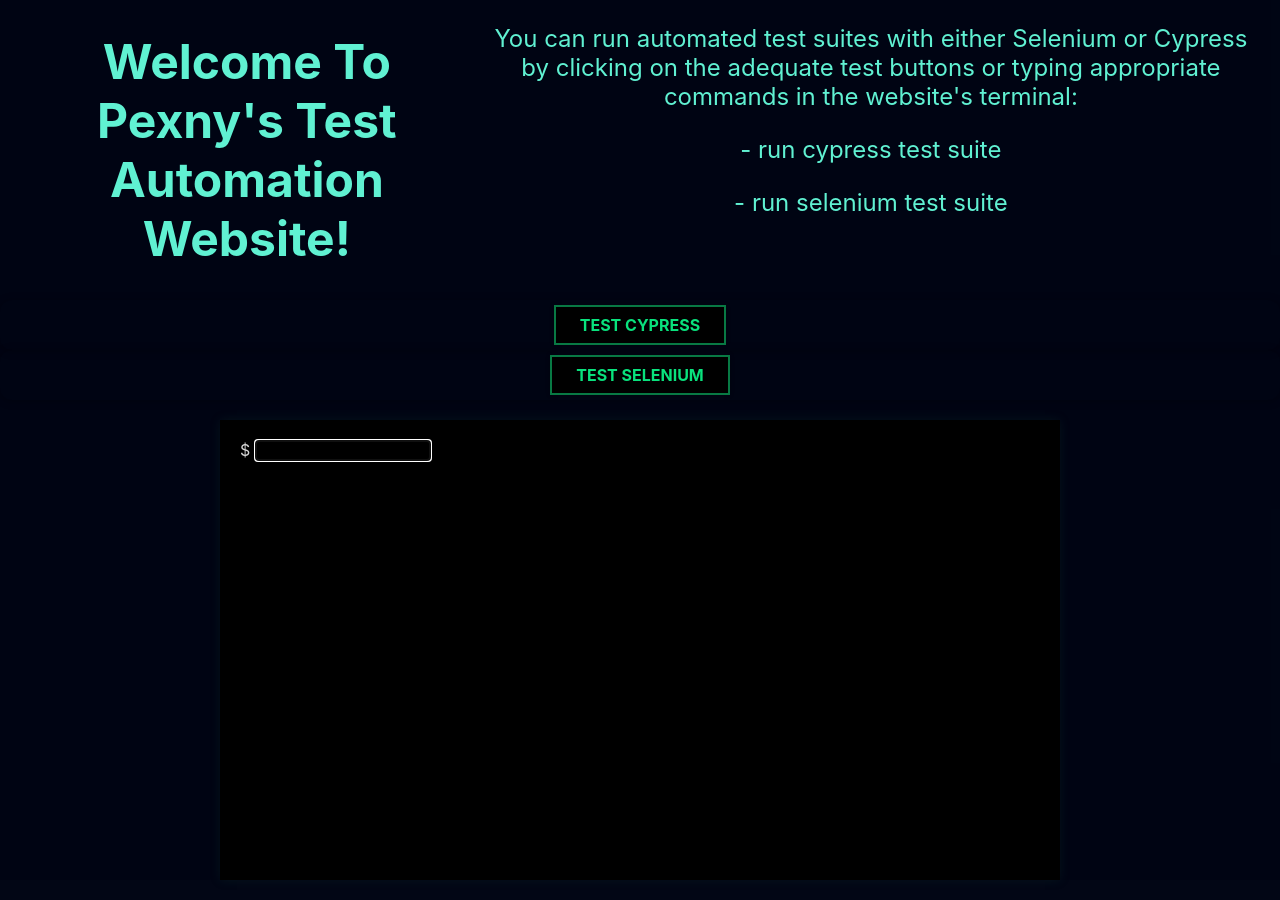
Repository: p3xny/Test-Automation-Website
Page: / (app in client/)
These files come from the project's save history. The page is drawn as it stood at one moment and after the next save; the edit follows.
The browser window is 1280 px wide. The pictures show the whole page.
The project was rebuilt for these pictures with package versions that can differ from the ones it lists, and the page was loaded fresh each time. Also part of the build but not shown: client/src/components/UI/TestMenu.js.

Above is the page before, as saved 2023-08-23 23:14:07.

### client/src/index.css
body {
  margin: 0;
  font-family: -apple-system, BlinkMacSystemFont, "Segoe UI", "Roboto", "Oxygen",
    "Ubuntu", "Cantarell", "Fira Sans", "Droid Sans", "Helvetica Neue",
    sans-serif;
  -webkit-font-smoothing: antialiased;
  -moz-osx-font-smoothing: grayscale;
  background-color: rgba(0, 5, 20, 0.993);
}

code {
  font-family: source-code-pro, Menlo, Monaco, Consolas, "Courier New",
    monospace;
}

### client/src/App.js
import React from "react";

import "./App.css";

import WelcomeMessage from "./components/UI/WelcomeMessage";
import Tests from "./components/Tests";
import Terminal from "./components/Terminal/Terminal";

function App() {
  return (
    <div className="App">
      <header className="App-header">
        <WelcomeMessage />
      </header>
      <Tests testTool="cypress" buttonId="cypress-menu" />
      <Tests testTool="selenium" buttonId="selenium-menu" />
      <Terminal />
    </div>
  );
}

export default App;

### client/src/App.css
.App {
  text-align: center;
  background: rgba(0, 5, 20, 0.993);
}

.App-logo {
  height: 40vmin;
  pointer-events: none;
}

@media (prefers-reduced-motion: no-preference) {
  .App-logo {
    animation: App-logo-spin infinite 20s linear;
  }
}

.App-header {
  /* background-color: rgba(0, 5, 20, 0.993); */
  /* min-height: 100vh; */
  /* display: flex; */
  /* flex-direction: column; */
  /* align-items: center; */
  /* justify-content: center; */
  font-size: calc(10px + 2vmin);
  color: white;
}

.App-link {
  color: #61dafb;
}

@keyframes App-logo-spin {
  from {
    transform: rotate(0deg);
  }
  to {
    transform: rotate(360deg);
  }
}

### client/src/components/UI/WelcomeMessage.js
import React from "react";

import styles from "./WelcomeMessage.module.css";

const WelcomeMessage = (props) => {
  return (
    <div className={styles.WelcomeMessage}>
      <h1>Welcome To Pexny's Test Automation Website!</h1>
      <p>
        You can run automated test suites with either Selenium or Cypress by
        clicking on the adequate test buttons or typing appropriate commands in
        the website's terminal:
        <p>- run cypress test suite</p>
        <p>- run selenium test suite</p>
      </p>
    </div>
  );
};

export default WelcomeMessage;

// const describeOriginal = require("mocha").describe;

// require("mocha").describe = (describeTitle) => {
//   TestListener.watch(describeTitle);
//   describeOriginal(describeTitle);
// };

### client/src/components/Tests.js
import React, { useState, useEffect } from "react";

import styles from "./UI/Button.module.css";

import TestMenu from "./UI/TestMenu";
import Button from "./UI/Button";
import Card from "./UI/Card";

const testCases = [
  {
    cypress: [
      { id: 1, name: "Cypress Full Test", command: "" },
      { id: 2, name: "Cypress Buttons Test", command: "" },
      { id: 3, name: "Cypress Terminal Test", command: "" },
    ],
    selenium: [
      { id: 1, name: "Selenium Full Test", command: "pytest -v" },
      {
        id: 2,
        name: "Selenium Buttons Test",
        command: "pytest -v test_client_buttons.py",
      },
      {
        id: 3,
        name: "Selenium Terminal Test",
        command: "pytest -v test_client_terminal.py",
      },
    ],
  },
];

const Tests = (props) => {
  const [isActive, setIsActive] = useState(false);

  const makeActiveHandler = (event) => {
    setIsActive(true);
    console.log("Activated!");
  };

  const makeInactiveHandler = (event) => {
    setIsActive(false);
  };

  const filterButtons = testCases.find((test) =>
    test.hasOwnProperty(props.testTool)
  );

  return (
    <div>
      {!isActive && (
        <Card>
          <Button
            name={`TEST ${props.testTool.toUpperCase()}`}
            id={`test-button-${props.buttonId}`}
            testFamily={props.testTool}
            onActivate={makeActiveHandler}
          />
        </Card>
      )}
      {isActive && (
        <Card>
          <TestMenu tests={filterButtons[props.testTool]} testTool="cypress" />
          <button
            className={styles.button}
            id={"back-button"}
            onClick={makeInactiveHandler}
          >
            BACK
          </button>
        </Card>
      )}
    </div>
  );
};

export default Tests;

### client/src/components/Terminal/Terminal.js
import React, { useState } from "react";

import styles from "./Terminal.module.css";

import Card from "../UI/Card";

const Terminal = (props) => {
  const [terminalInput, setTerminalInput] = useState("");
  const [terminalOutput, setTerminalOutput] = useState([]);

  const terminalInputHandler = (event) => {
    setTerminalInput(event.target.value);
    console.log(event.target.value);
  };

  const submitHandler = (event) => {
    event.preventDefault();
    writeToTerminal(`$ ${terminalInput}\n`);
    processCommand(terminalInput);
    setTerminalInput("");
  };

  const writeToTerminal = (message) => {
    setTerminalOutput((prevOutput) => [...prevOutput, message]);
  };

  const processCommand = async (command) => {
    try {
      const response = await fetch("http://localhost:5000/run_tests", {
        method: "POST",
        headers: {
          "Content-Type": "application/json",
        },
        body: JSON.stringify({ command }),
      });

      if (command === "clear" || command === "cls") {
        setTerminalOutput([]);
        return;
      }

      const data = await response.json();

      if (data.success) {
        writeToTerminal(data.output);
      } else {
        writeToTerminal(`Error: ${data.error}\n`);
      }
    } catch (error) {
      writeToTerminal(`Error: ${error}\n`);
    }
  };

  const highlightWords = (message) => {
    const greenWords = [
      "success",
      "Success",
      "SUCCESS",
      "passed",
      "Passed",
      "PASSED",
    ];
    const redWords = [
      // "error",
      // "Error",
      // "ERROR",
      "failed",
      "Failed",
      "FAILED",
      "FAILURES",
    ];
    const parts = message.split(
      new RegExp(`(${greenWords.concat(redWords).join("|")})`, "g")
    );

    return parts.map((part, index) => {
      if (greenWords.includes(part.toLowerCase())) {
        return (
          <span className={styles["highlighted-green"]} key={index}>
            {part}
          </span>
        );
      } else if (redWords.includes(part.toLowerCase())) {
        return (
          <span className={styles["highlighted-red"]} key={index}>
            {part}
          </span>
        );
      }
      return part;
    });
  };

  return (
    <div className={styles.terminal}>
      <div id="output">
        {terminalOutput.map((message, index) => (
          <pre key={index} className={styles.outputContent}>
            {highlightWords(message)}
          </pre>
        ))}
      </div>
      <form id="input-form" onSubmit={submitHandler}>
        <span>$</span>
        <input
          className={styles.input}
          type="text"
          id="command-input"
          value={terminalInput}
          onChange={terminalInputHandler}
          autoFocus
        />
      </form>
    </div>
  );
};

export default Terminal;

### client/src/components/UI/WelcomeMessage.module.css
.WelcomeMessage {
  color: rgb(96, 241, 210);
  font-size: 1.5rem;
  /* font-weight: bold; */
  text-align: center;
  margin-left: 1rem;
  margin-right: 1rem;
  margin-top: auto;
  margin-bottom: auto;
  display: flex;
}

### client/src/components/UI/Button.module.css
.button {
  width: 100%;
  font: inherit;
  font-weight: bold;
  padding: 0.5rem 1.5rem;
  border: 2px solid rgb(8, 121, 68);
  color: rgb(9, 226, 125);
  background: black;
  box-shadow: 0 0 4px rgba(0, 0, 0, 0.26);
  cursor: pointer;
  margin: 5px;
}

.button:focus {
  outline: none;
}

.button:hover,
.button:active {
  background: rgb(8, 121, 68);
  border-color: rgb(9, 226, 125);
  color: black;
  box-shadow: 0 0 8px rgba(0, 0, 0, 0.26);
}

@media (min-width: 768px) {
  .button {
    width: auto;
  }
}

### client/src/components/UI/Button.js
import styles from "./Button.module.css";

const Button = (props) => {
  return (
    <button id={props.id} className={styles.button} onClick={props.onActivate}>
      {props.name}
    </button>
  );
};

export default Button;

### client/src/components/UI/Card.js
import styles from "./Card.module.css";

const Card = (props) => {
  const classes = styles.card + " " + props.className;
  return <div className={classes}>{props.children}</div>;
};

export default Card;

### client/src/components/Terminal/Terminal.module.css
.terminal {
  margin-top: 20px;
  margin-bottom: 20px;
  margin-left: auto;
  margin-right: auto;

  /* border: 1px solid rgb(8, 121, 68); */
  padding: 20px;
  width: 80%;
  max-width: 800px;
  min-height: 420px;
  max-height: 420px;
  background-color: black;
  overflow-y: auto;
  overflow-x: auto;
  box-shadow: 0 0 10px rgba(23, 78, 62, 0.2);
  overflow-wrap: break-word;
}

#output {
  white-space: pre-wrap;
}

.outputContent {
  text-align: left;
  font-family: monospace;
  overflow-wrap: break-word;
  color: rgba(255, 255, 255, 0.842);
}

.highlighted-green {
  font-family: monospace;
  font-weight: bold;
  color: rgb(12, 145, 12);
}

.highlighted-red {
  font-family: monospace;
  font-weight: bold;
  color: rgb(158, 2, 2);
}

.input {
  background-color: transparent;
  /* border: none; */
  color: rgba(255, 255, 255, 0.842);
  font-family: monospace;
  caret-color: rgba(255, 255, 255, 0.842);
  margin: 0 5px;
}

form {
  display: flex;
  align-items: left;
}

span {
  color: rgba(255, 255, 255, 0.842);
  font-size: 1rem;
}

Loaded but not shown: client/public/index.html (common file); client/src/index.js (common file); client/src/reportWebVitals.js (common file); client/src/components/UI/Card.module.css (common file)

After the next save:
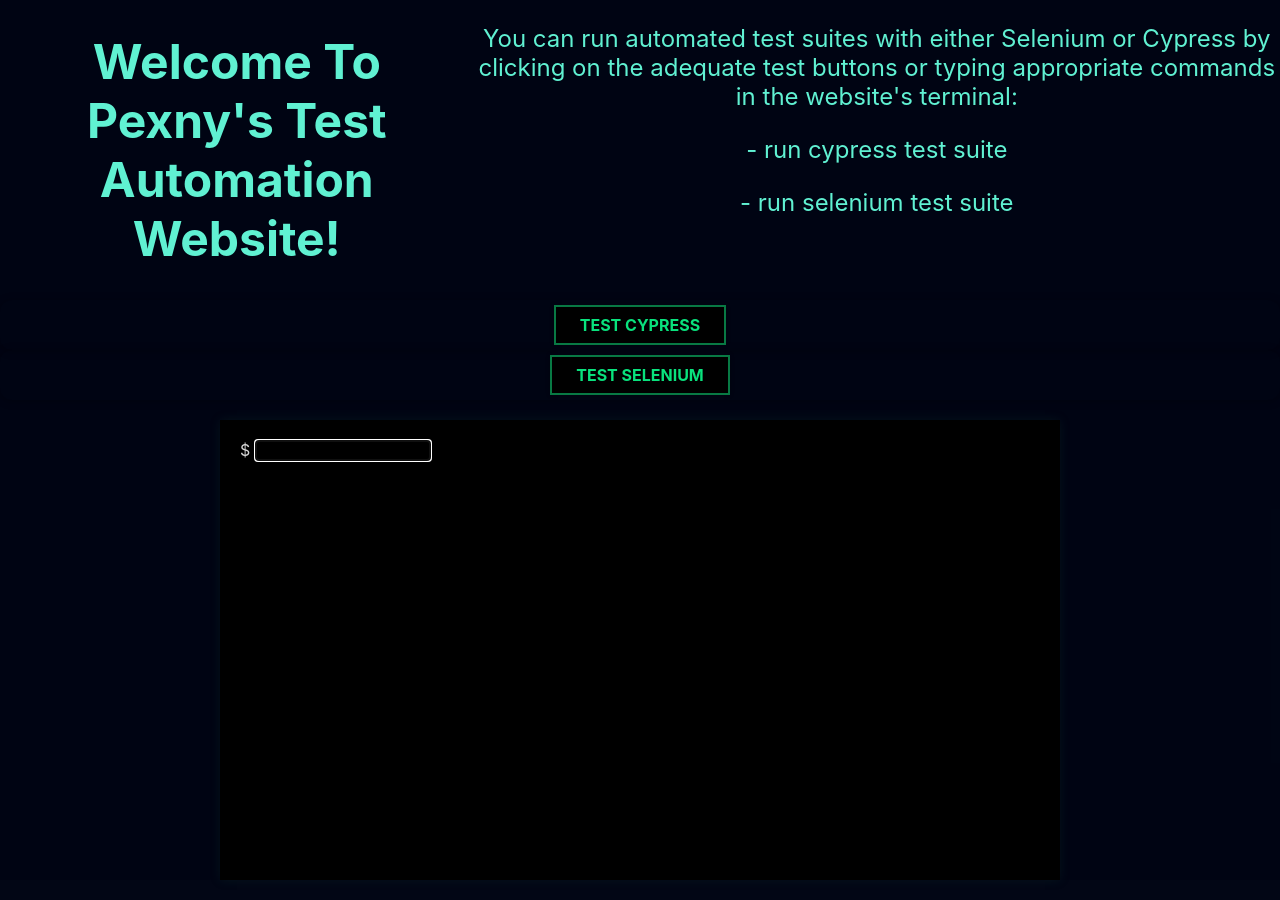
Saved 70 s later.
--- a/client/src/components/UI/WelcomeMessage.module.css
+++ b/client/src/components/UI/WelcomeMessage.module.css
@@ -2,10 +2,5 @@
   color: rgb(96, 241, 210);
   font-size: 1.5rem;
   /* font-weight: bold; */
-  text-align: center;
-  margin-left: 1rem;
-  margin-right: 1rem;
-  margin-top: auto;
-  margin-bottom: auto;
   display: flex;
 }
